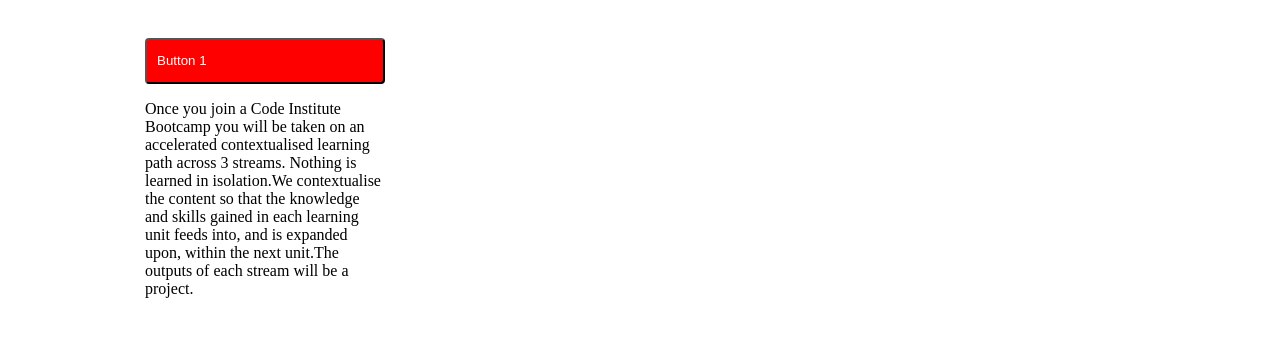
Repository: LiamB123/jQuery-Mini-Events
Page: button.html
The author's editor kept a record of every edit. The page is drawn from the files as they stood at one moment, then again after the next edit.
The browser window is 1280 px wide. The pictures show the whole page.
Some web libraries are served in a nearby version.

Above is the page before.
Console error: SyntaxError: Invalid or unexpected token

### button.html
<!doctype html>
<html lang="en">
<head>
	<meta charset="utf-8">
	<meta name="viewport" content="width=device-width, initial-scale=1">
	<title>jQuery</title>
	<link href="css/style.css" rel="stylesheet">
</head>
<body>
	<div id="container">
		<div class='card'>
<button class="bottom_button makeRed">Button 1</button>
			<p id='para1' class="card_para">Once you join a Code Institute Bootcamp you will be taken on an accelerated contextualised learning path across 3 streams. Nothing is learned in isolation.We contextualise the content so that the knowledge and skills gained in each learning unit feeds into, and is expanded upon, within the next unit.The outputs of each stream will be a project. </p>
		</div>
	</div>
	<script src="https://code.jquery.com/jquery-3.2.1.js"
	integrity="sha256-DZAnKJ/6XZ9si04Hgrsxu/8s717jcIzLy3oi35EouyE="
	crossorigin="anonymous"></script>
	<script src="js/script.js"></script> <!-- Scripts located at the bottom of the body to insure page is fully loaded before execution -->

</body>
</html>

### style.css
#container
{
	display: flex;		/* makes container a flexbox*/
	flex-flow: wrap; 	/* layout the boxes in rows and wrap them*/


	margin-right:auto;
	margin-left:auto;
	max-width:1050px;
}
.bottom_button{
	display: flex;
	box-sizing:border-box;
	border-radius: 4px;
	width: 100%;
	background-color:rgba(129, 187, 201,.85);
	text-align: center;
	padding: 1em .75em;
	text-decoration: none;
	color: #fff;

}

.card_bottom{
	display: flex;
	flex-flow:column;
}

.card{
	flex:1; /* */
	display: flex;	/* make the contents controllable by flexbox*/
	flex-flow:column;	/* */
	max-width: 240px; /**/
	margin: 10px;
	padding: 20px;
	background-color: #fff;
}

.makeRed{

    background-color: red;
  ]

}


/*************************
Navigation
**************************/


.underline{
  text-decoration:underline;
}
.border{
  border: solid 5px #ccc;
}

### script.js
$(document).ready(function() {
 //
 // add your jQuery code here
 @(document).mouseenter(function(){
  $("button").mouseenter(removeClass('makeRed').addClass('makeBorder'))
   $("button").mouseleave(removeClass('makeBorder').addClass('makeRed'))

 }


});

After the next edit:
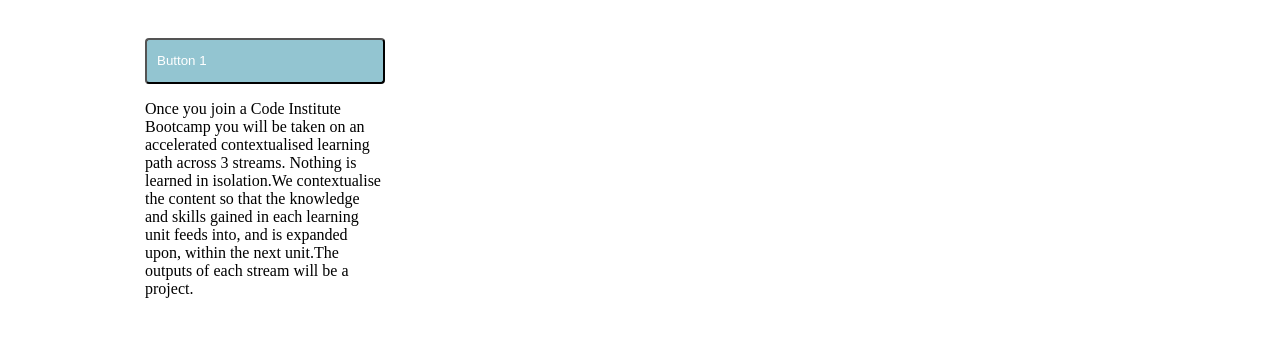
The edit:
--- a/style.css
+++ b/style.css
@@ -36,12 +36,6 @@
 	background-color: #fff;
 }
 
-.makeRed{
-
-    background-color: red;
-  ]
-
-}
 
 
 /*************************

After the edit that followed:
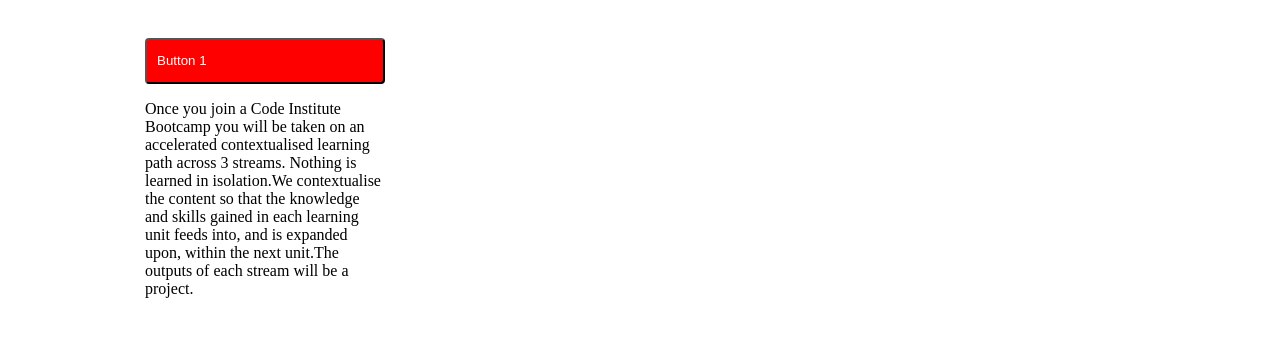
The edit:
--- a/style.css
+++ b/style.css
@@ -49,3 +49,13 @@
 .border{
   border: solid 5px #ccc;
 }
+
+
+.makeRed{
+
+    background-color: red;
+}
+
+.makeBorder{
+	border:2px;
+}
